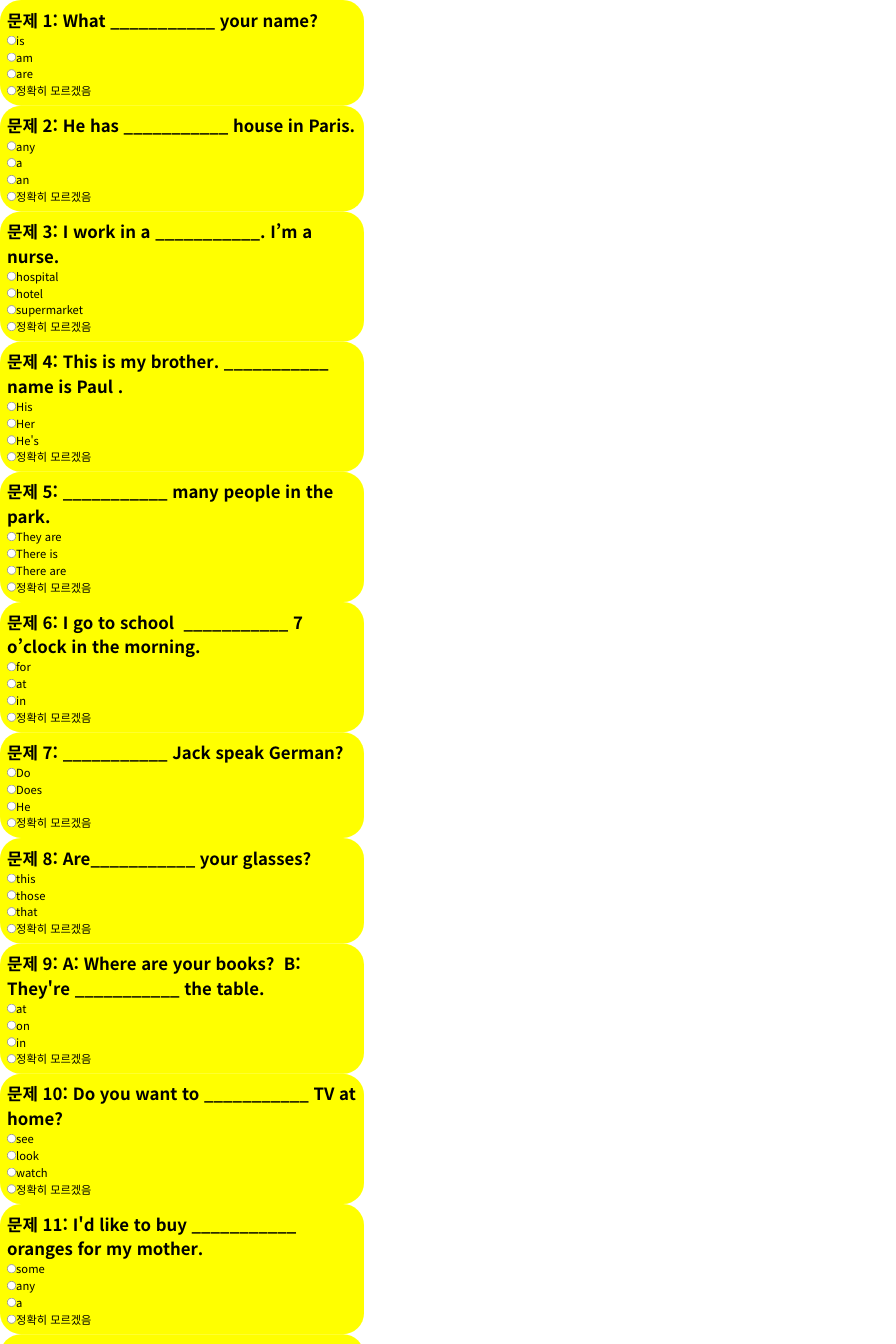
Repository: kmdy7991/Project-TeddyBear
Page: /cefrtest (app in project/)
An editor plug-in stored every save of this project. The page is shown before and after the next save, followed by the edit.
The browser window is 1280 px wide. The pictures show the part of the page from y = 0 to 1920 px (the page is 10472 px tall before and 8792 px after), at 70% of full size.
Some web libraries are served in a nearby version. The project was rebuilt for these pictures with package versions that can differ from the ones it lists, and the page was loaded fresh each time. Also part of the build but not shown: project/src/pages/Login/Login.tsx, project/src/pages/Login/TestGuide.module.css, project/src/pages/Login/TestGuide.tsx, project/src/pages/Login/profil.module.css, project/src/pages/Login/Profil.tsx, project/src/pages/Login/CefrScore.tsx, project/src/components/Nav/Nav.module.css, project/src/components/Nav/Nav.tsx and 37 more.

Above is the page before, as saved 2024-03-25 06:28:09.

### project/public/index.html
<!DOCTYPE html>
<html lang="ko">
  <head>
    <meta charset="utf-8" />
    <link rel="icon" href="%PUBLIC_URL%/favicon.ico" />
    <meta name="viewport" content="width=device-width, initial-scale=1" />
    <style>
      * {
        margin: 0;
        padding: 0;
        font-family: Poppins, "Noto Sans KR", sans-serif;
      }
    </style>
    <link rel="preconnect" href="https://fonts.googleapis.com" />
    <link rel="preconnect" href="https://fonts.gstatic.com" crossorigin />
    <link
      href="https://fonts.googleapis.com/css2?family=Noto+Sans+KR:wght@400;700&display=swap"
      rel="stylesheet"
    />
    <link
      rel="stylesheet"
      type="text/css"
      charset="UTF-8"
      href="https://cdnjs.cloudflare.com/ajax/libs/slick-carousel/1.6.0/slick.min.css"
    />
    <link
      rel="stylesheet"
      type="text/css"
      href="https://cdnjs.cloudflare.com/ajax/libs/slick-carousel/1.6.0/slick-theme.min.css"
    />
    <title>React App</title>
  </head>
  <body>
    <div id="root"></div>
  </body>
</html>

### project/src/index.tsx
import React from "react";
import ReactDOM from "react-dom/client";
import "./index.css";
import App from "./App";

const root = ReactDOM.createRoot(
  document.getElementById("root") as HTMLElement
);
root.render(
  // <React.StrictMode>
  <App />
  // </React.StrictMode>
);

### project/src/App.tsx
import styles from "./App.module.css";
import { QueryClient, QueryClientProvider } from "react-query";
import { ReactQueryDevtools } from "react-query/devtools";
import { BrowserRouter, Routes, Route } from "react-router-dom";
import Login from "./pages/Login/Login";
import Testguide from "./pages/Login/TestGuide";
import Profil from "./pages/Login/Profil";
import CefrTest from "./pages/Login/CefrTest";
import CefrScore from "./pages/Login/CefrScore";
import Main from "./pages/Main/Main";
import MyLecture from "./pages/MyPage/MyLecture/MyLecture";
import Statistics from "./pages/MyPage/Statstics/Statstics";
import MyNote from "./pages/MyPage/MyNote/MyNote";
import Search from "./pages/Search/Search";
import Test from "./pages/Test/Test";
import VocabularyList from "./pages/VocabularyList/VocabularyList";
import MyVocabulary from "./pages/VocabularyList/MyVocabulary";
import ClassVocabulary from "./pages/VocabularyList/ClassVocabulary";
import VideoDetail from "./pages/Video/VideoDetail";
import Nav from "./components/Nav/Nav";
import LandingPage from "./pages/Landing/LandingPage";
function App() {
  const queryClient = new QueryClient();
  return (
    <QueryClientProvider client={queryClient}>
      <BrowserRouter>
        <div className={styles.App}>
          {/* <Nav className={styles.Nav} /> */}
          <Routes>
            <Route path="/login" element={<Login />} />
            <Route path='/testguide' element={<Testguide/>} />
            <Route path="/profil" element={<Profil/>}/>
            <Route path="/cefrtest" element={<CefrTest/>}/>
            <Route path="/cefrscore" element={<CefrScore/>}/>
            <Route path="/" element={<Main />} />
            <Route path="mypage" element={<Statistics />}>
              <Route path="myLecture" element={<MyLecture />} />
              <Route path="myNote" element={<MyNote />} />
            </Route>
            <Route path="search" element={<Search />} />
            <Route path="test" element={<Test />} />
            <Route path="vocalist" element={<VocabularyList />}>
              <Route path="myvoca" element={<MyVocabulary />} />
              <Route path="classvoca" element={<ClassVocabulary />} />
            </Route>
            <Route path="videoDetail" element={<VideoDetail />} />
            <Route path="landing" element={<LandingPage />} />
          </Routes>
        </div>
      </BrowserRouter>
    </QueryClientProvider>
  );
}

export default App;

### project/src/App.module.css
.App {
  /* display: flex; */
  height: 100vh;
}

.Nav {
  /* position: fixed; */
  top: 1rem;
  height: 10%;
}

### project/src/pages/Login/CefrTest.tsx
import React, { useState, useEffect } from 'react';
import { useNavigate } from 'react-router-dom';
import styles from './CefrTest.module.css'


// 문제와 답변 타입 정의
type Question = {
  id: number;
  question: string;
  options: string[];
  answer: number | null; // 정답의 인덱스 , answer 필드를 선택적으로 만들고, number 또는 null을 허용
  score: number; // 이 문제의 점수
};

// 퀴즈 데이터 예시
const questions: Question[] = [

  {
    id: 1,
    question: "What ___________ your name?",
    options: ["is", "am", "are", "정확히 모르겠음"],
    answer: 0,
    score: 1,
  },
  {
    id: 2,
    question: "He has ___________ house in Paris.",
    options: ["any", "a", "an", "정확히 모르겠음"],
    answer: 1,
    score: 1,
  },
  {
    id: 3,
    question: "I work in a ___________. I’m a nurse.",
    options: ["hospital", "hotel", "supermarket", "정확히 모르겠음"],
    answer: 0,
    score: 1,
  },
  {
    id: 4,
    question: "This is my brother. ___________ name is Paul .",
    options: ["His", "Her", "He's", "정확히 모르겠음"],
    answer: 0,
    score: 1,
  },
  {
    id: 5,
    question: "___________ many people in the park.",
    options: ["They are", "There is", "There are", "정확히 모르겠음"],
    answer: 2,
    score: 1,
  },
  {
    id: 6,
    question: "I go to school  ___________ 7 o’clock in the morning.",
    options: ["for", "at", "in", "정확히 모르겠음"],
    answer: 1,
    score: 1,
  },
  {
    id: 7,
    question: "___________ Jack speak German?",
    options: ["Do", "Does", "He", "정확히 모르겠음"],
    answer: 1,
    score: 1,
  },
  {
    id: 8,
    question: "Are___________ your glasses?",
    options: ["this", "those", "that", "정확히 모르겠음"],
    answer: 1,
    score: 1,
  },
  {
    id: 9,
    question: "A: Where are your books?  B: They're ___________ the table.",
    options: ["at", "on", "in", "정확히 모르겠음"],
    answer: 1,
    score: 1,
  },
  {
    id: 10,
    question: "Do you want to ___________ TV at home?",
    options: ["see", "look", "watch", "정확히 모르겠음"],
    answer: 2,
    score: 1,
  },
  {
    id: 11,
    question: "I'd like to buy ___________ oranges for my mother.",
    options: ["some", "any", "a", "정확히 모르겠음"],
    answer: 0,
    score: 1,
  },
  {
    id: 12,
    question: "___________ ever seen a rainbow in your life?",
    options: ["Did you", "Are you", "Have you", "정확히 모르겠음"],
    answer: 2,
    score: 1,
  },
  {
    id: 13,
    question: "If you ___________ a book from a friend, you should return it as soon as possible.",
    options: ["borrow", "earn", "spend", "lend", "정확히 모르겠음"],
    answer: 0,
    score: 1,
  },
  {
    id: 14,
    question: "Taking care of a pet is as difficult ___________ taking care of a baby.",
    options: ["like", "so", "than", "as", "정확히 모르겠음"],
    answer: 3,
    score: 1,
  },
  {
    id: 15,
    question: "Helen isn't home. She ___________ an hour ago to see her friends.",
    options: ["went out", "had gone out", "has gone out", "has been out", "정확히 모르겠음"],
    answer: 0,
    score: 1,
  },
  {
    id: 16,
    question: "When I was a child, I ___________ play basketball with my dad in our backyard.",
    options: ["will", "used to", "have", "does", "정확히 모르겠음"],
    answer: 1,
    score: 1,
  },
  {
    id: 17,
    question: "Have you finished ___________ the laundry yet?",
    options: ["to do", "does", "doing", "being", "정확히 모르겠음"],
    answer: 2,
    score: 1,
  },
  {
    id: 18,
    question: "This is terrible. I've looked ___________, but I can't find my purse.",
    options: ["nowhere", "anywhere", "everywhere", "somewhere", "정확히 모르겠음"],
    answer: 2,
    score: 1,
  },
  {
    id: 19,
    question: "I ___________ in front of a bank when a man in a fancy suit got out of a black car.",
    options: ["stood", "was standing", "have stood", "am standing", "정확히 모르겠음"],
    answer: 1,
    score: 1,
  },
  {
    id: 20,
    question: "I've ___________ finished painting the door. It looks awesome!",
    options: ["still", "yet", "just", "only", "정확히 모르겠음"],
    answer: 2,
    score: 1,
  },
  {
    id: 21,
    question: "My supervisor encouraged me ___________ a plan for the new program.",
    options: ["set up", "setting up", "have set up", "to set up", "정확히 모르겠음"],
    answer: 3,
    score: 1,
  },
  {
    id: 22,
    question: "John ___________ living in this neighborhood since he was a school boy.",
    options: ["is", "was", "has been", "is being", "정확히 모르겠음"],
    answer: 2,
    score: 1,
  },
  {
    id: 23,
    question: "I was wondering ___________ I could borrow your pen.",
    options: ["what", "if", "that", "how", "정확히 모르겠음"],
    answer: 1,
    score: 1,
  },
  {
    id: 24,
    question: "I wish I had someone to look ___________.",
    options: ["up to", "with", "upon", "down", "정확히 모르겠음"],
    answer: 0,
    score: 1,
  },
  {
    id: 25,
    question: "That beautiful sunset ___________ me of my honeymoon in Hawaii.",
    options: ["remembers", "realizes", "recognizes", "reminds", "정확히 모르겠음"],
    answer: 3,
    score: 1,
  },
  {
    id: 26,
    question: "A: How about drinking beer tonight after work?  B: There's no ___________ I'm drinking again tonight.",
    options: ["hope", "way", "time", "opportunity", "정확히 모르겠음"],
    answer: 1,
    score: 1,
  },
  {
    id: 27,
    question: "They were surprised that the boy was kidnapped in ___________ daylight.",
    options: ["wide", "broad", "large", "open", "정확히 모르겠음"],
    answer: 1,
    score: 1,
  },
  {
    id: 28,
    question: "He turned ___________to be considerably older than I had imagined.",
    options: ["over", "up", "out", "round", "정확히 모르겠음"],
    answer: 2,
    score: 1,
  },
  {
    id: 29,
    question: "The windows in this house are in urgent ___________of replacement.",
    options: ["need", "help", "want", "demand", "정확히 모르겠음"],
    answer: 0,
    score: 1,
  },
  {
    id: 30,
    question: "Surveillance cameras ___________ proven to lower crime rates.",
    options: ["have to be", "were being", "have been", "are being", "정확히 모르겠음"],
    answer: 2,
    score: 1,
  },
  {
    id: 31,
    question: "Life is a ___________ deal easier for those who have many friends to rely on.",
    options: ["far", "huge", "big", "great", "정확히 모르겠음"],
    answer: 0,
    score: 1,
  },
  {
    id: 32,
    question: "This renovation project ___________ turning this house into a more comfortable place to live in.",
    options: ["contains", "designates", "involves", "consists", "정확히 모르겠음"],
    answer: 2,
    score: 1,
  },
  {
    id: 33,
    question: "They may not arrive in time for the ceremony. They’re ___________ in a traffic jam.",
    options: ["buried", "stuck", "blocked", "surrounded", "정확히 모르겠음"],
    answer: 1,
    score: 1,
  },
  {
    id: 34,
    question: "Rock music has been a major influence ___________other musical genres.",
    options: ["with", "to", "about", "on", "정확히 모르겠음"],
    answer: 3,
    score: 1,
  },
  {
    id: 35,
    question: "Maintaining a good relationship is important,___________ business you’re in.",
    options: ["however", "wherever", "whatever", "whenever", "정확히 모르겠음"],
    answer: 2,
    score: 1,
  },
  {
    id: 36,
    question: "It’s ___________unlikely that she will be designated as the head of the institute.",
    options: ["totally", "deeply", "strongly", "highly", "정확히 모르겠음"],
    answer: 3,
    score: 1,
  },
  {
    id: 37,
    question: "It’s no ___________ for me to go to your house and help your sister with her homework.",
    options: ["point", "wonder", "secret", "problem", "정확히 모르겠음"],
    answer: 3,
    score: 1,
  },
  {
    id: 38,
    question: "I was used to ___________ on the left side of the road because I’d lived in Japan for many years.",
    options: ["driving", "drive", "having driven", "drove", "정확히 모르겠음"],
    answer: 0,
    score: 1,
  },
  {
    id: 39,
    question: "Very rarely ___________here in March.",
    options: ["it snows", "does it snow", "is it snowing", "it has snowed", "정확히 모르겠음"],
    answer: 1,
    score: 1,
  },
  {
    id: 40,
    question: "The number of farmers on the island ___________ substantially over the last decade.",
    options: ["has declined", "was declined", "has been declined", "is declining", "정확히 모르겠음"],
    answer: 0,
    score: 1,
  },
  {
    id: 40.5, // 실제 문제가 아니라 설명을 위한 임시 ID 할당
    question: "<Question 41~55> 다음 한국어 문장을 보고 해당 문장을 영어로 말할 수 있다고 생각하면 \"예\", 없다면 \"아니요\"에 체크해 주세요.",
    options: [], // 설명이므로 옵션 없음
    answer: null, // 설명이므로 정답 없음
    score: 0, // 설명이므로 점수 없음
  },
  {
    id: 41,
    question: "Jack은 독일어 할 줄 알아?",
    options: ["예", "아니오"],
    answer: 0,
    score: 2,
  },
  {
    id: 42,
    question: "내 사촌동생은 축구를 매우 잘해.",
    options: ["예", "아니오"],
    answer: 0,
    score: 2,
  },
  {
    id: 43,
    question: "이거 네 안경이니?",
    options: ["예", "아니오"],
    answer: 0,
    score: 2,
  },
  {
    id: 44,
    question: "나는 주로 전철을 타고 출근해.",
    options: ["예", "아니오"],
    answer: 0,
    score: 2,
  },
  {
    id: 45,
    question: "음식점은 조용하고 좋았는데, 음식은 별로였어.",
    options: ["예", "아니오"],
    answer: 0,
    score: 2,
  },
  {
    id: 46,
    question: "우리 엄마 오렌지 좀 사 드리고 싶어.",
    options: ["예", "아니오"],
    answer: 0,
    score: 2,
  },
  {
    id: 47,
    question: "Cecil과 처음으로 말을 한 건 그녀의 생일 파티에서였어.",
    options: ["예", "아니오"],
    answer: 0,
    score: 2,
  },
  {
    id: 48,
    question: "네가 가고 싶지 않으면 회의에 가지 않아도 돼.",
    options: ["예", "아니오"],
    answer: 0,
    score: 2,
  },
  {
    id: 49,
    question: "최근에 어디 신나는 데 가 본 적 있어?",
    options: ["예", "아니오"],
    answer: 0,
    score: 2,
  },
  {
    id: 50,
    question: "그의 제안은 믿을 수 없을 정도로 좋아서 내가 결정을 할 수 없었어.",
    options: ["예", "아니오"],
    answer: 0,
    score: 2,
  },
  {
    id: 51,
    question: "존경할 만한 사람이 있었으면 좋겠다.",
    options: ["예", "아니오"],
    answer: 0,
    score: 2,
  },
  {
    id: 52,
    question: "1시간 내로 파리행 비행기를 타야 하는데 그 때까지 못 갈 것 같아.",
    options: ["예", "아니오"],
    answer: 0,
    score: 2,
  },
  {
    id: 53,
    question: "이거 네 컴퓨터니? 이거 사느라 돈 좀 썼겠다.",
    options: ["예", "아니오"],
    answer: 0,
    score: 2,
  },
  {
    id: 54,
    question: "그 섬의 농업인 수는 지난 10년 동안 현저히 감소했다.",
    options: ["예", "아니오"],
    answer: 0,
    score: 2,
  },
  {
    id: 55,
    question: "나는 일본에서 여러 해 살았기 때문에 도로 좌측에서 운전하는 것에 익숙해져 있었다.",
    options: ["예", "아니오"],
    answer: 0,
    score: 2,
  },

];

const CefrTest: React.FC = () => {
  const [selectedAnswers, setSelectedAnswers] = useState<(number | null)[]>(new Array(questions.length).fill(null));
  const [score, setScore] = useState(0);
  const navigate = useNavigate();


  useEffect(() => {
    const allQuestionsAnswered = selectedAnswers.every((answer) => answer !== null);
    if (allQuestionsAnswered) {
      // 모든 문제에 대한 답변이 완료되면 점수 확인 페이지로 이동
      // 여기서 점수 확인 페이지로 이동하는 로직을 구현하세요.
    }
  }, [selectedAnswers]);

  const handleSubmit = () => {
    // 점수 계산 로직
    let calculatedScore = 0;
    selectedAnswers.forEach((answer, index) => {
      if(answer === questions[index].answer) {
        calculatedScore += questions[index].score;
      }
    });
    setScore(calculatedScore);

    // 점수 확인 페이지로 이동
    navigate('/cefrscore', { state: { score: calculatedScore } }); // navigate 함수를 사용하여 페이지 이동
  };


  const handleAnswerSelection = (questionIndex: number, selectedAnswer: number) => {
    const newSelectedAnswers = [...selectedAnswers];
    newSelectedAnswers[questionIndex] = selectedAnswer;
    setSelectedAnswers(newSelectedAnswers);
  };

  return (
    <div>
      {questions.map((question, index) => (
        <div className={styles.box} key={question.id} >
          <h2>문제 {index + 1}: {question.question}</h2>
          {question.options.map((option, optionIndex) => (
            <div key={optionIndex}>
              <input
                type="radio"
                id={`option_${index}_${optionIndex}`}
                name={`option_${index}`}
                value={optionIndex}
                checked={selectedAnswers[index] === optionIndex}
                onChange={() => handleAnswerSelection(index, optionIndex)}
              />
              <label htmlFor={`option_${index}_${optionIndex}`}>{option}</label>
            </div>
          ))}
        </div>
      ))}
      {/* 정답 제출 버튼 */}
      <button onClick={handleSubmit}>정답 제출</button>
    </div>
  );

};

export default CefrTest;

### project/src/pages/Login/CefrTest.module.css
.box {
    border: 2px black;
    border-radius: 30px;
    padding: 10px;
    background-color: yellow;
    width: 500px;
}

Loaded but not shown: project/src/index.css (no stored copy; drawn as an empty file)

After the next save:
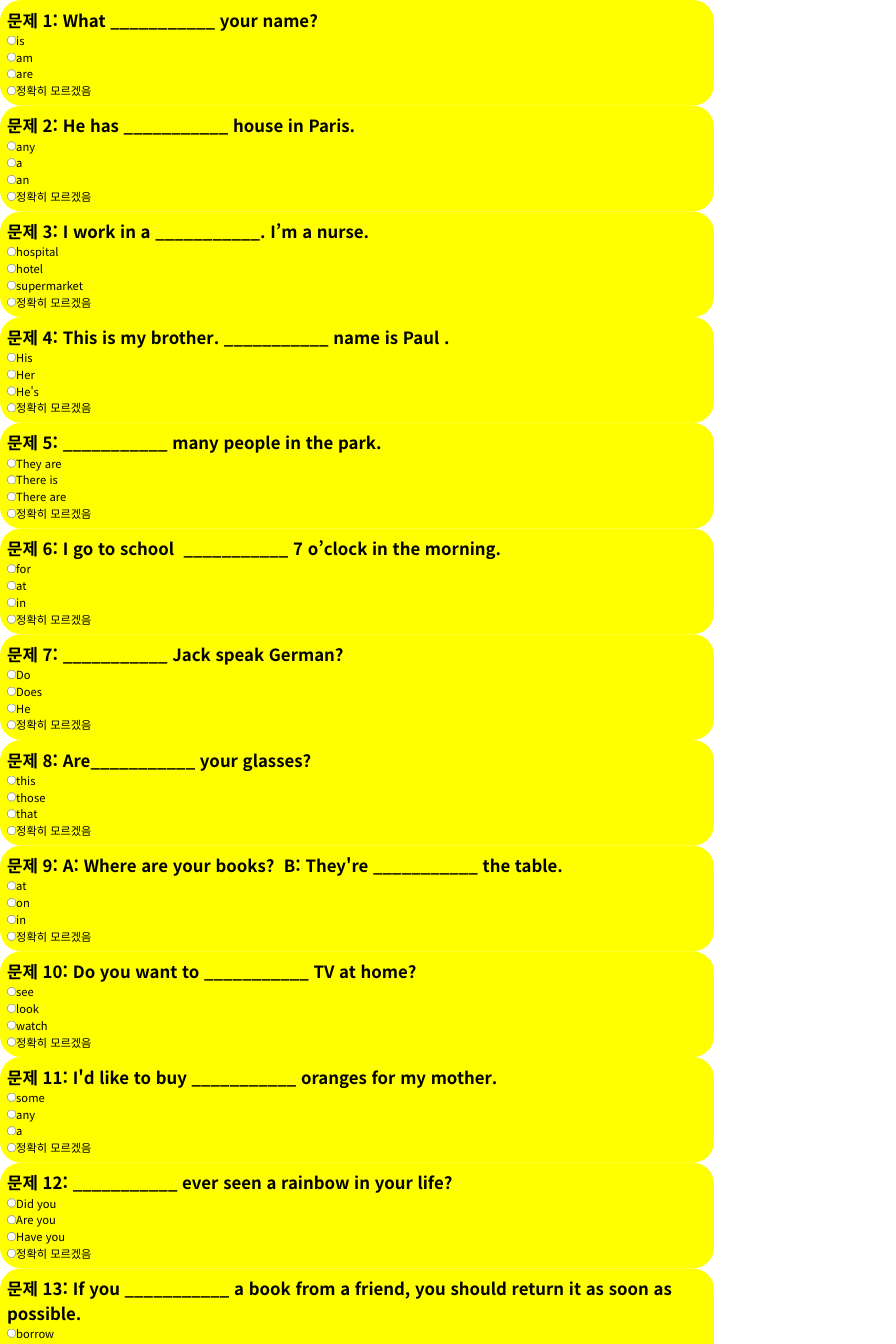
Saved 5 s later.
--- a/project/src/pages/Login/CefrTest.module.css
+++ b/project/src/pages/Login/CefrTest.module.css
@@ -3,5 +3,5 @@
     border-radius: 30px;
     padding: 10px;
     background-color: yellow;
-    width: 500px;
+    width: 1000px;
 }
